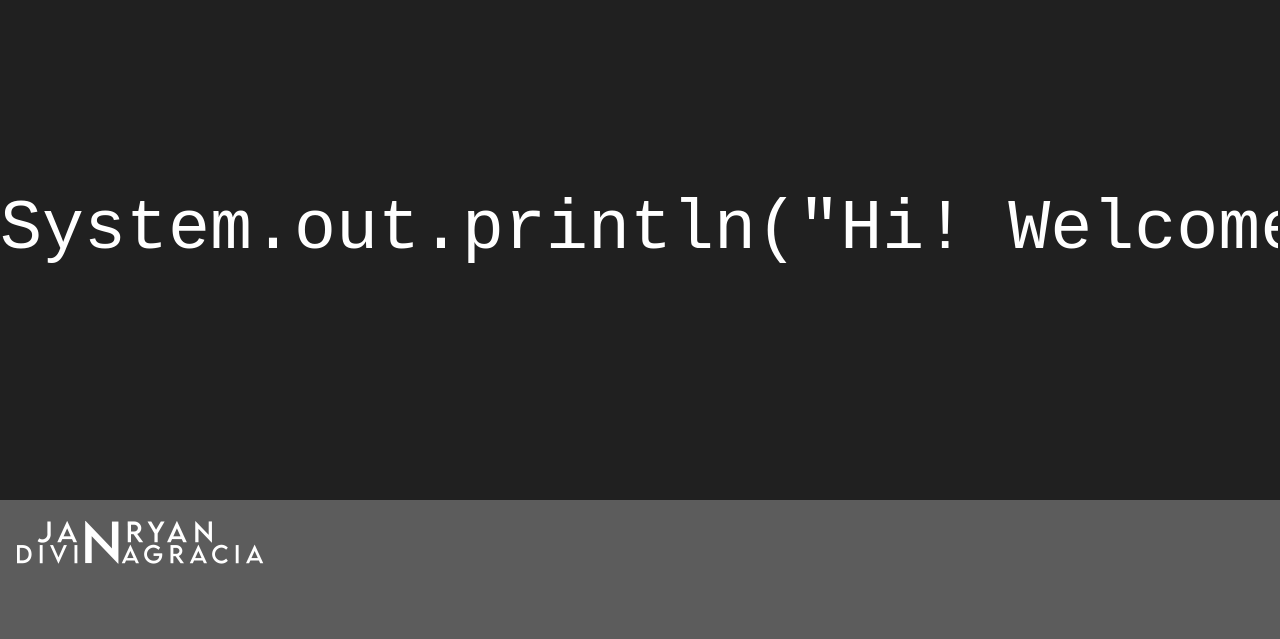
Repository: janry-gracia/Divinagracia_FinalProject
Page: Pages/storyofmylife.html
An editor plug-in stored every save of this project. The page is shown before and after a run of saves, followed by the edit.
The browser window is 1280 px wide. The pictures show the whole page.

Above is the page before, as saved 2021-05-18 00:28:37.
Console error: TypeError: Cannot read properties of null (reading 'addEventListener')

### Pages/storyofmylife.html
<!DOCTYPE html>
<html lang="en">
<head>
    <meta charset="UTF-8">
    <meta http-equiv="X-UA-Compatible" content="IE=edge">
    <meta name="viewport" content="width=device-width, initial-scale=1.0">
    <title>Story of My Life</title>
    <link rel="stylesheet" href="/css/bootstrap.css">
    <link rel="stylesheet" href="/css/storyofmylife.css">
</head>
<body>

    <div class="container-fluid ">

        <div class="container-fluid message">
            <p class="message typewriter">System.out.println("Hi! Welcome to my LIFE.")</p>
        </div>

        <nav class="nav navbar-expand-md position-sticky">
            <div class="container-fluid nav-container">
                <a href="#" class="navbar-brand"><img src="/Pictures/logo.png" alt="Picture of My logo" width="250"></a>
            </div>
        </nav>




    </div>


    <script src ="/js/jquery-3.6.0.min.js"></script>
    <script src="/js/bootstrap.js"></script>
    <script src="/js/script.js"></script>

</body>
</html>

### css/storyofmylife.css
@import url('https://fonts.googleapis.com/css2?family=Fira+Code:wght@300;400;500&display=swap');

*{
    padding: 0;
    margin: 0;
    box-sizing: border-box;
}

html, body{
    height: 100%;
    width: 100%;
    overflow: hidden;

}

.container-fluid{
    padding: 0;
    margin: 0;
    box-sizing: border-box;
}

div.message{
    height: 500px;
    background-color: rgb(32, 32, 32);
    text-align: center;

}

p.message{
    margin-top: 180px;
    font-family: 'Fire Code', monospace;
    font-size: 5em;
    font-weight: 200;
    color: white;
    border-right: solid 2px rgb(255, 255, 255);
    white-space: nowrap;
    overflow: hidden;
    animation: animated-text 4s steps(45,end) 1s 1 normal both ,
               animated-cursor 1000ms steps(45,end) infinite alternate;
}

.nav{
    background-color: rgb(92, 92, 92);
    height: 500px;
}
.nav-container{

}



  /* Animation */
  @keyframes animated-text{
    from{width: 0%;}
    to{width: 100%;}
  }

  /* cursor animations */

  @keyframes animated-cursor{
    from{border-right-color: rgb(255, 255, 255);}
    to{border-right-color: transparent;}
  }

### js/script.js
let btn1= document.querySelector(".box1");
let btn2 = document.querySelector(".box2");
let text = document.querySelector(".greeting");
let frontpage = document.querySelector(".frontpage");
let secondpage = document.querySelector(".secondpage");
let button = document.querySelector(".button");
let logo = document.querySelector(".logo");



btn1.addEventListener("click", function() {
    btn1.classList.add("box1transition");
    btn1.style.transition = "transform 3s";
    btn2.classList.add("box2transition");
    btn2.style.transition = "transform 3s";
    text.style.animationName = "hidecontent";

    setTimeout(function () {
        window.open('Pages/backpage.html', '_self');
    }, 2500);

});


btn2.addEventListener("click", function() {
    btn1.classList.add("box1transition");
    btn1.style.transition = "transform 3s";
    btn2.classList.add("box2transition");
    btn2.style.transition = "transform 3s";
    text.style.animationName = "hidecontent";
    setTimeout(function () {
        window.open('Pages/backpage.html', '_self');
    }, 2500);

});


text.addEventListener("click", function() {
    btn1.classList.add("box1transition");
    btn1.style.transition = "transform 3s";
    btn2.classList.add("box2transition");
    btn2.style.transition = "transform 3s";
    text.style.animationName = "hidecontent";
    setTimeout(function () {
        window.open('Pages/backpage.html', '_self');
    }, 2500);

});

Loaded but not shown: css/bootstrap.css (library); js/jquery-3.6.0.min.js (library); js/bootstrap.js (library)

After the next 3 saves:
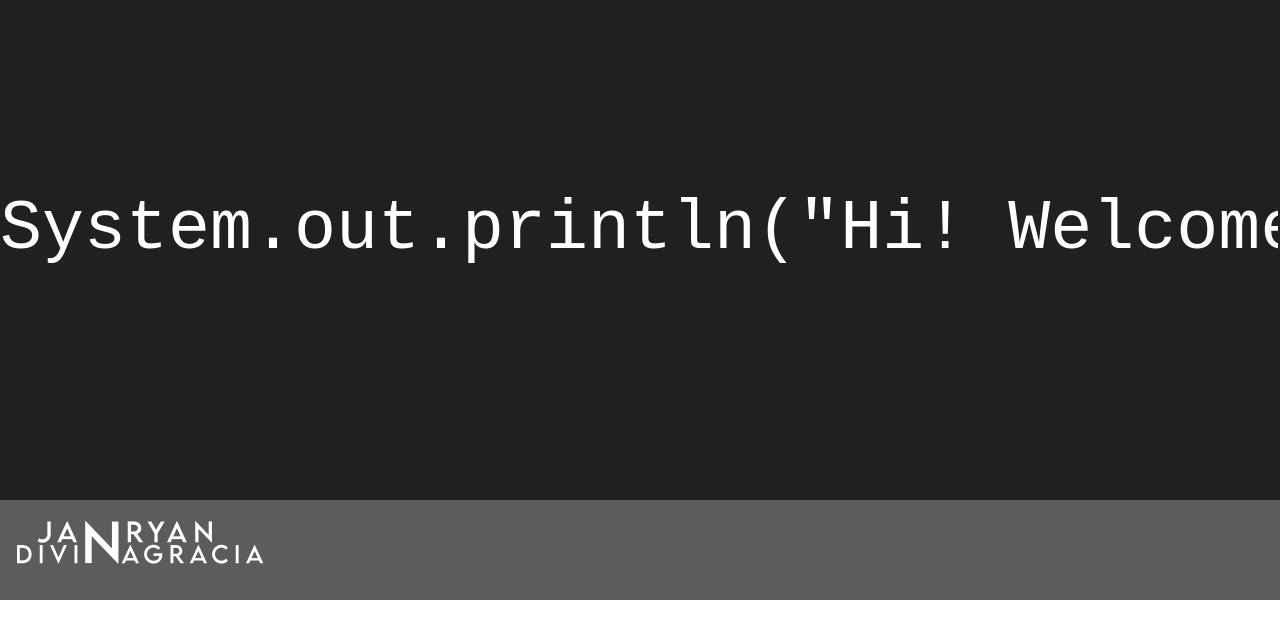
The 3 saves are shown as one change because they came seconds apart.
The last was saved 10 s later.
--- a/css/storyofmylife.css
+++ b/css/storyofmylife.css
@@ -41,7 +41,7 @@ p.message{
 
 .nav{
     background-color: rgb(92, 92, 92);
-    height: 500px;
+    height: 100px;
 }
 .nav-container{
 
